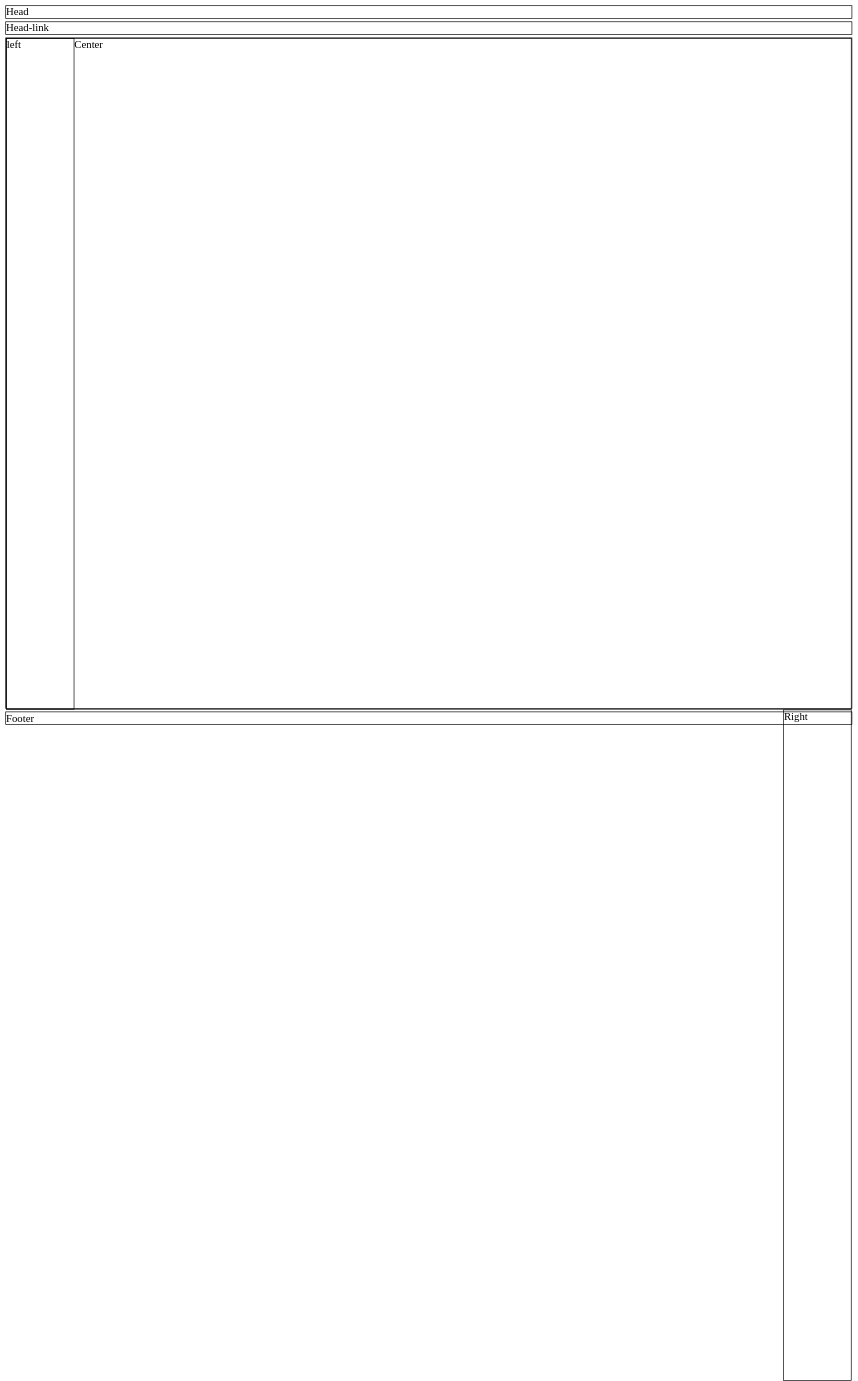
Repository: Lehuyhuynh/BTH2-CSS
Page: index.html
These files come from the project's save history. The page is drawn as it stood at one moment and after the next save; the edit follows.
The browser window is 1280 px wide. The pictures show the whole page, at 67% of full size.

Above is the page before, as saved 2023-08-08 20:58:24.

### index.html
<!DOCTYPE html>
<html lang="en">
<head>
  <meta charset="UTF-8">
  <meta name="viewport" content="width=device-width, initial-scale=1.0">
  <link rel="stylesheet" href="style.css">
  <title>Thực hành 1</title>
</head>
<body>
  <div class="head"> Head</div>

  <div class="head-link">Head-link</div>

  <div class="main">
    <div class="left">left</div>
    <div class="center">Center</div>
    <div class="right">Right</div>
  </div>

  <div class="footer"> Footer</div>

</body>
</html>

### style.css
.head, .head-link, .main, .footer{
  border: 1px solid black;
  margin-bottom: 4px;
}
.left,.right, .center{
  border: 1px solid black;
}
.left{
  width: 100px;
  float: left;
  height: 100%;

}
.right{
  width: 100px;
  float: right;
  height: 100%;

}
.center{
  width: calc(100%-206px);
  height: 100%;
  fl
}
.main{
  height: 1000px;
}

After the next save:
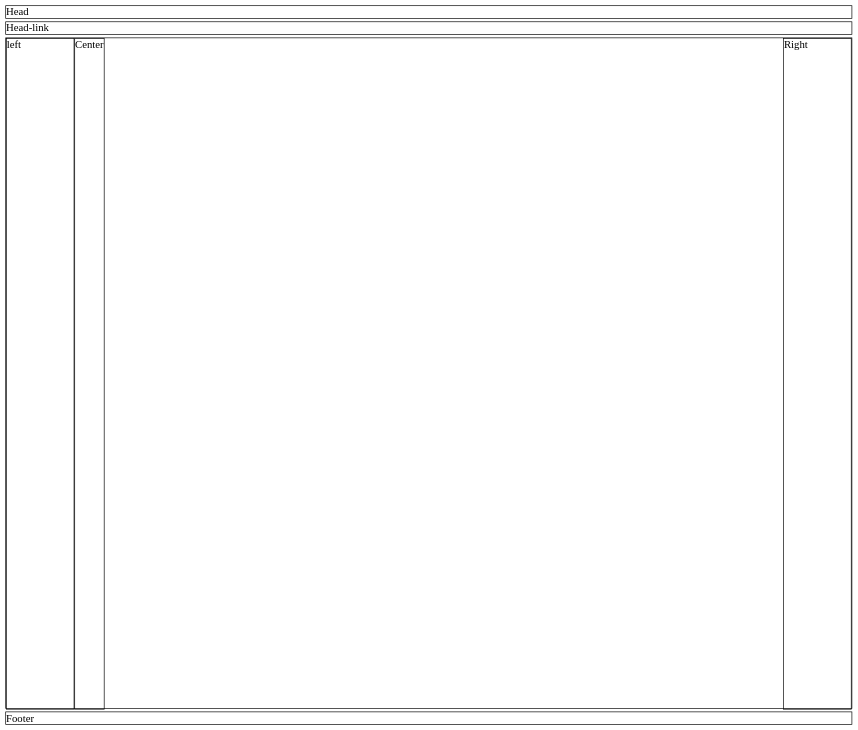
Saved 2 s later.
--- a/style.css
+++ b/style.css
@@ -20,7 +20,7 @@
 .center{
   width: calc(100%-206px);
   height: 100%;
-  fl
+  float: left;
 }
 .main{
   height: 1000px;
